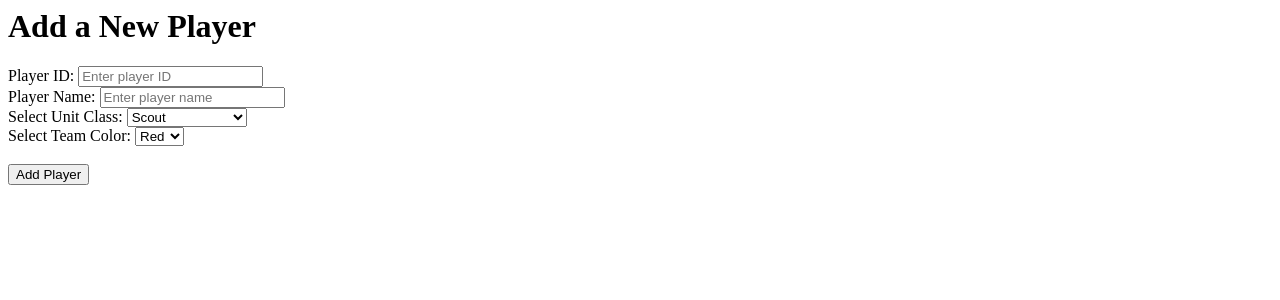
Repository: manhphugiang/springboot
Page: http://localhost/addPlayer
These files come from the project's save history. The page is drawn as it stood at one moment and after a run of saves; the edit follows.
The browser window is 1280 px wide. The pictures show the whole page.
The page is this project's Thymeleaf template; nobody is signed in. The template is opened directly, without the code that normally fills it, so the values that code supplies are empty.

Above is the page before, as saved 2025-01-10 03:07:27.

After the next 2 saves:
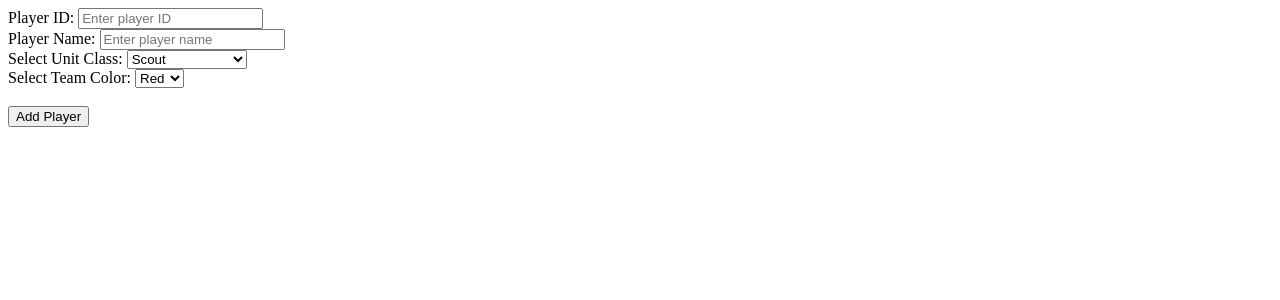
The 2 saves are shown as one change because they came seconds apart.
The last was saved 2 min 3 s later.
--- a/ex1_2ManhPhuGiang/src/main/resources/templates/addPlayer.html
+++ b/ex1_2ManhPhuGiang/src/main/resources/templates/addPlayer.html
@@ -1,4 +1,7 @@
-<h1>Add a New Player</h1>
+
+<!DOCTYPE html>
+<html xmlns:th="http://www.thymeleaf.org">
+
 <form id="playerForm" action="/add" method="post">
     <label for="id">Player ID:</label>
     <input type="number" id="id" name="id" placeholder="Enter player ID" required>
